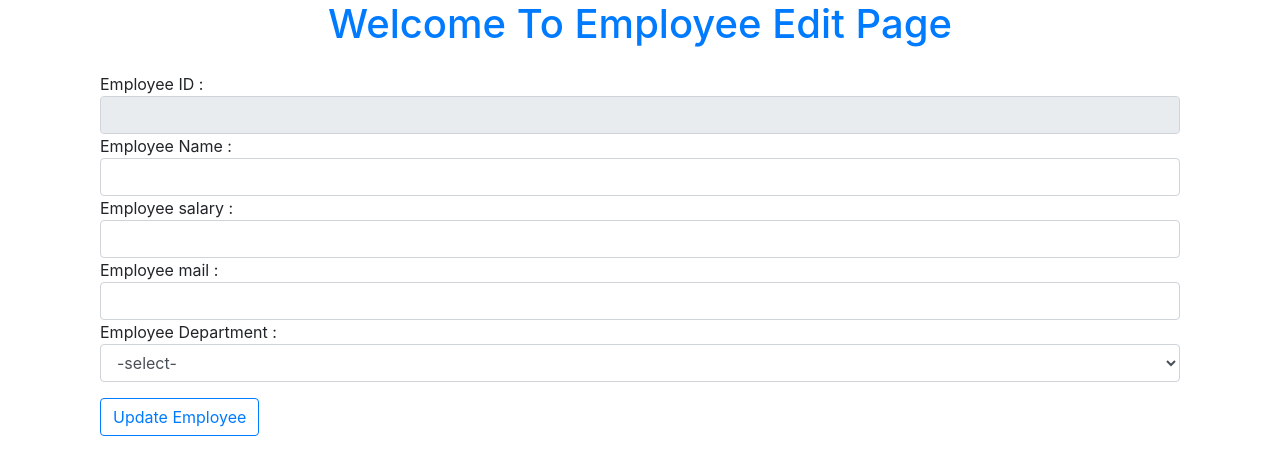
Repository: lokeshsukhwal/EmployeeMiniProject
Page: http://localhost/EmployeeEdit
These files come from the project's save history. The page is drawn as it stood at one moment and after the next save; the edit follows.
The browser window is 1280 px wide. The pictures show the whole page.
The page is this project's Thymeleaf template; nobody is signed in. The template is opened directly, without the code that normally fills it, so the values that code supplies are empty.

Above is the page before, as saved 2023-01-18 13:38:15.

After the next save:
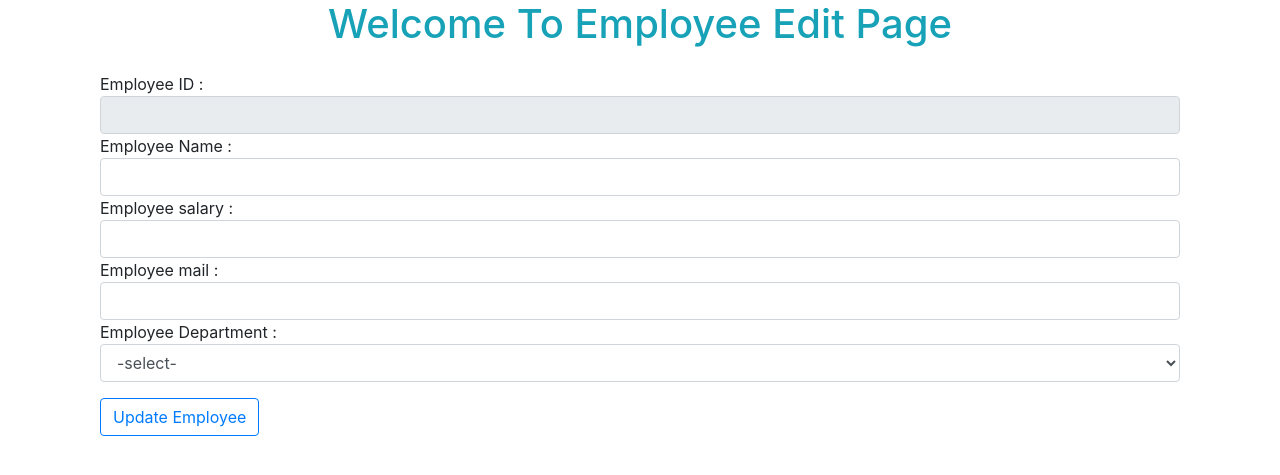
Saved 85 s later.
--- a/SpringBootMvc-ThymeleafMySqlCrudMiniProject/src/main/resources/templates/EmployeeEdit.html
+++ b/SpringBootMvc-ThymeleafMySqlCrudMiniProject/src/main/resources/templates/EmployeeEdit.html
@@ -10,7 +10,7 @@
 </head>
 <body>
 <div class="container">
-	<h1 class=" text-primary text-center">Welcome To Employee Edit Page</h1>
+	<h1 class=" text-info text-center">Welcome To Employee Edit Page</h1>
 	<div class="container">
 		<form th:action="@{/employee/update}" method="POST" th:object="${employee}" class="mt-4 form">
 
